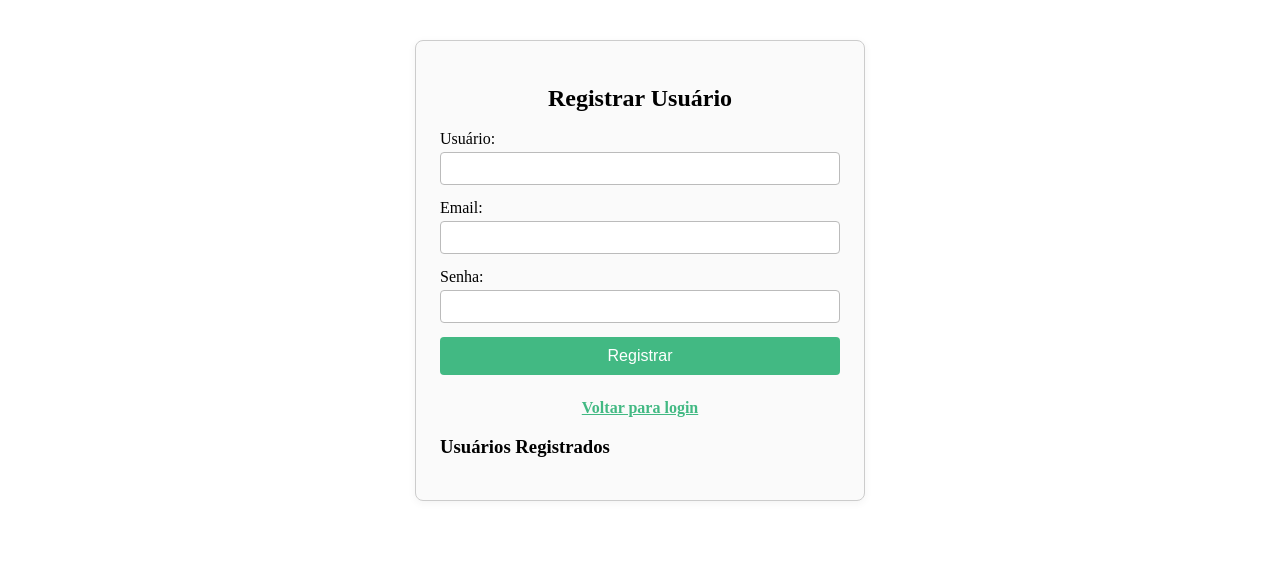
Repository: MuriloColleti/Project-vue
Page: /register
An editor plug-in stored every save of this project. The page is shown before and after the next save, followed by the edit.
The browser window is 1280 px wide. The pictures show the whole page.
The project was rebuilt for these pictures with package versions that can differ from the ones it lists, and the page was loaded fresh each time. Also part of the build but not shown: vite.config.js, src/pages/Login.vue.

Above is the page before, as saved 2025-09-20 17:05:47.

### index.html
<!DOCTYPE html>
<html lang="">
  <head>
    <meta charset="UTF-8">
    <link rel="icon" href="/favicon.ico">
    <meta name="viewport" content="width=device-width, initial-scale=1.0">
    <title>Vite App</title>
  </head>
  <body>
    <div id="app">z</div>
    <script type="module" src="/src/main.js"></script>
  </body>
</html>

### src/App.vue
<template>
  <router-view />
</template>

<script setup>
// Layout principal apenas exibe o conteúdo das rotas
</script>

<style scoped>
body {
  background: #f5f5f5;
}
</style>

### src/router/index.js
import { createRouter, createWebHistory } from 'vue-router'

import Login from '../pages/Login.vue'
import Register from '../pages/Register.vue'

const router = createRouter({
  history: createWebHistory(import.meta.env.BASE_URL),
  routes: [
    {
      path: '/login',
      name: 'LoginPage',
      component: Login,
    },
    {
      path: '/register',
      name: 'RegisterPage',
      component: Register,
    },
    {
      path: '/',
      redirect: '/login',
    },
  ],
})

export default router

### src/pages/Register.vue
<template>
  <div class="register-container">
    <h2>Registrar Usuário</h2>
    <form @submit.prevent="handleRegister">
      <div>
        <label for="newUsername">Usuário:</label>
        <input type="text" id="newUsername" v-model="newUsername" required />
      </div>
      <div>
        <label for="newEmail">Email:</label>
        <input type="email" id="newEmail" v-model="newEmail" required />
      </div>
      <div>
        <label for="newPassword">Senha:</label>
        <input type="password" id="newPassword" v-model="newPassword" required />
      </div>
      <button type="submit">Registrar</button>
    </form>
    <p v-if="registerError" class="error">{{ registerError }}</p>
    <p v-if="registerSuccess" class="success">{{ registerSuccess }}</p>
    <router-link to="/login" class="login-link">Voltar para login</router-link>
    <h3>Usuários Registrados</h3>
    <ul>
    <console class="log"></console>
    <console class="log"></console>
    </ul>
  </div>
</template>

<script setup>
import { ref, onMounted } from 'vue'
import { useRouter } from 'vue-router'

const users = ref([])
let nextId = ref(1)

const newUsername = ref('')
const newEmail = ref('')
const newPassword = ref('')
const registerError = ref('')
const registerSuccess = ref('')
const router = useRouter()

function loadUsers() {
  const saved = localStorage.getItem('users')
  if (saved) {
    users.value = JSON.parse(saved)
    nextId.value = users.value.length > 0 ? Math.max(...users.value.map((u) => u.id)) + 1 : 1
  } else {
    users.value = [{ id: 1, username: 'admin', email: 'admin@email.com', password: '1234' }]
    nextId.value = 2
    localStorage.setItem('users', JSON.stringify(users.value))
  }
}

onMounted(loadUsers)

function handleRegister() {
  if (!newUsername.value || !newEmail.value || !newPassword.value) {
    registerError.value = 'Preencha todos os campos.'
    registerSuccess.value = ''
    return
  }
  if (users.value.some((u) => u.username === newUsername.value)) {
    registerError.value = 'Usuário já existe.'
    registerSuccess.value = ''
    return
  }
  users.value.push({
    id: nextId.value++,
    username: newUsername.value,
    email: newEmail.value,
    password: newPassword.value,
  })
  localStorage.setItem('users', JSON.stringify(users.value))
  registerSuccess.value = `Bem-vindo, ${newUsername.value}! Usuário registrado com sucesso.`
  registerError.value = ''
  setTimeout(() => {
    router.push('/login')
  }, 1500)
  newUsername.value = ''
  newEmail.value = ''
  newPassword.value = ''
}
</script>

<style scoped>
.register-container {
  max-width: 400px;
  margin: 40px auto;
  padding: 24px;
  border: 1px solid #ccc;
  border-radius: 8px;
  background: #fafafa;
  box-shadow: 0 2px 8px rgba(0, 0, 0, 0.05);
}
.register-container h2 {
  text-align: center;
  margin-bottom: 18px;
}
.register-container form > div {
  margin-bottom: 14px;
}
.register-container label {
  display: block;
  margin-bottom: 4px;
  font-weight: 500;
}
.register-container input {
  width: 100%;
  padding: 8px;
  border: 1px solid #bbb;
  border-radius: 4px;
  box-sizing: border-box;
}
.register-container button {
  width: 100%;
  padding: 10px;
  background: #42b983;
  color: #fff;
  border: none;
  border-radius: 4px;
  font-size: 16px;
  cursor: pointer;
  transition: background 0.2s;
}
.register-container button:hover {
  background: #369870;
}
.error {
  color: red;
  margin-top: 10px;
  text-align: center;
}
.success {
  color: green;
  margin-top: 10px;
  text-align: center;
}
.login-link {
  display: block;
  margin: 24px auto 0 auto;
  text-align: center;
  color: #42b983;
  font-weight: bold;
  text-decoration: underline;
  cursor: pointer;
}
</style>

Loaded but not shown: src/main.js (common file)

After the next save:
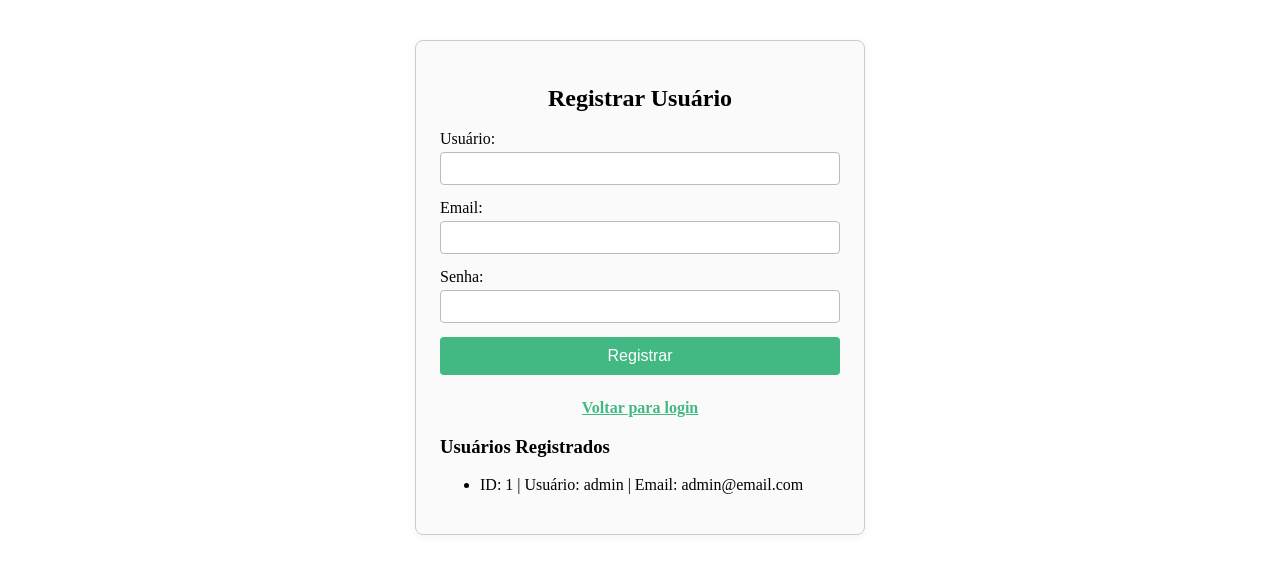
Saved 9 s later.
--- a/src/pages/Register.vue
+++ b/src/pages/Register.vue
@@ -21,8 +21,9 @@
     <router-link to="/login" class="login-link">Voltar para login</router-link>
     <h3>Usuários Registrados</h3>
     <ul>
-    <console class="log"></console>
-    <console class="log"></console>
+      <li v-for="user in users" :key="user.id">
+        ID: {{ user.id }} | Usuário: {{ user.username }} | Email: {{ user.email }}
+      </li>
     </ul>
   </div>
 </template>
